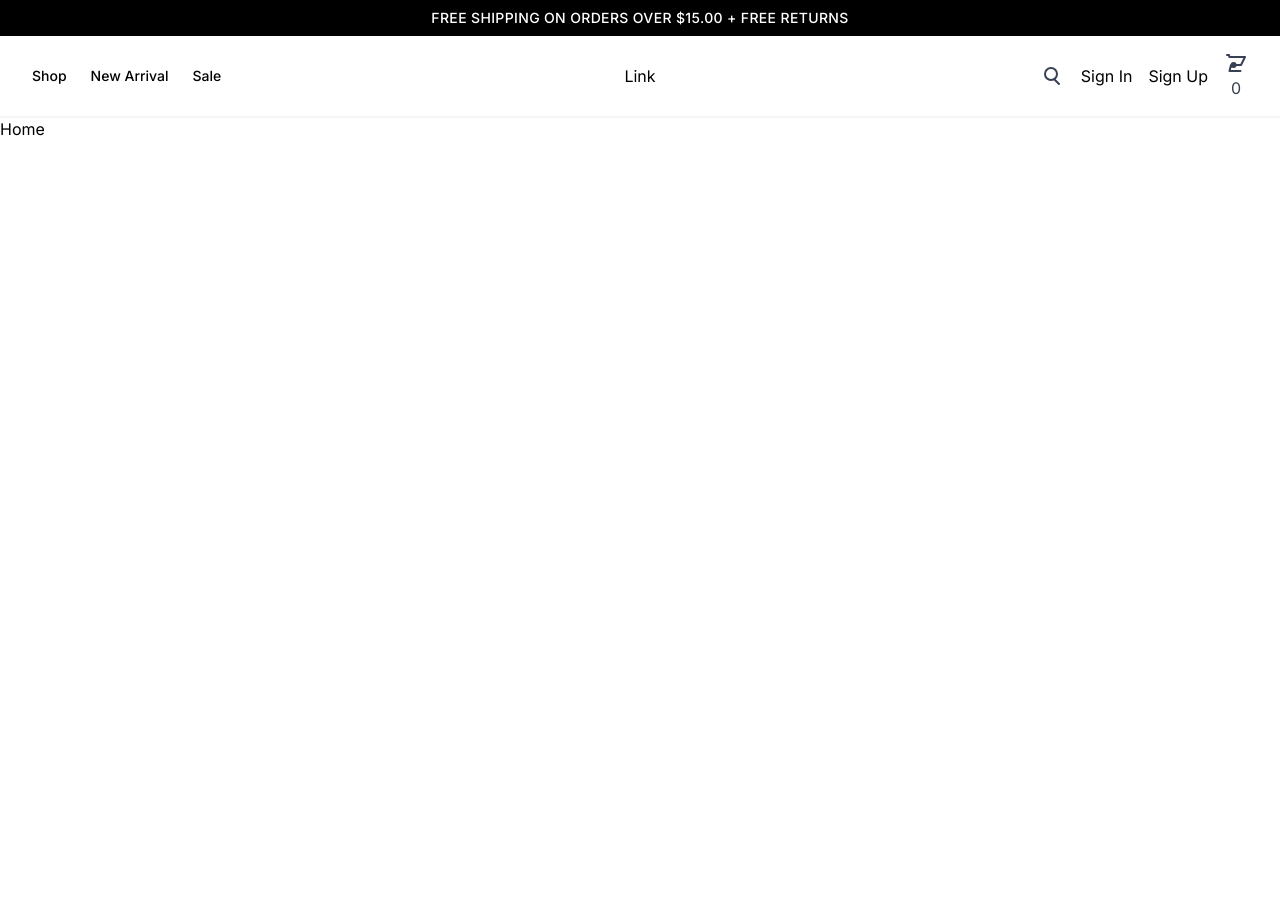
Repository: DiwanMalla/TEMU_CLONE
Page: /
These files come from the project's save history. The page is drawn as it stood at one moment and after the next save; the edit follows.
The browser window is 1280 px wide. The pictures show the whole page.
The project was rebuilt for these pictures with package versions that can differ from the ones it lists, and the page was loaded fresh each time. The framework's server and built-in components were replaced by stand-ins that run in the browser. Also part of the build but not shown: next.config.ts.

Above is the page before, as saved 2025-01-20 22:41:32.

After the next save:
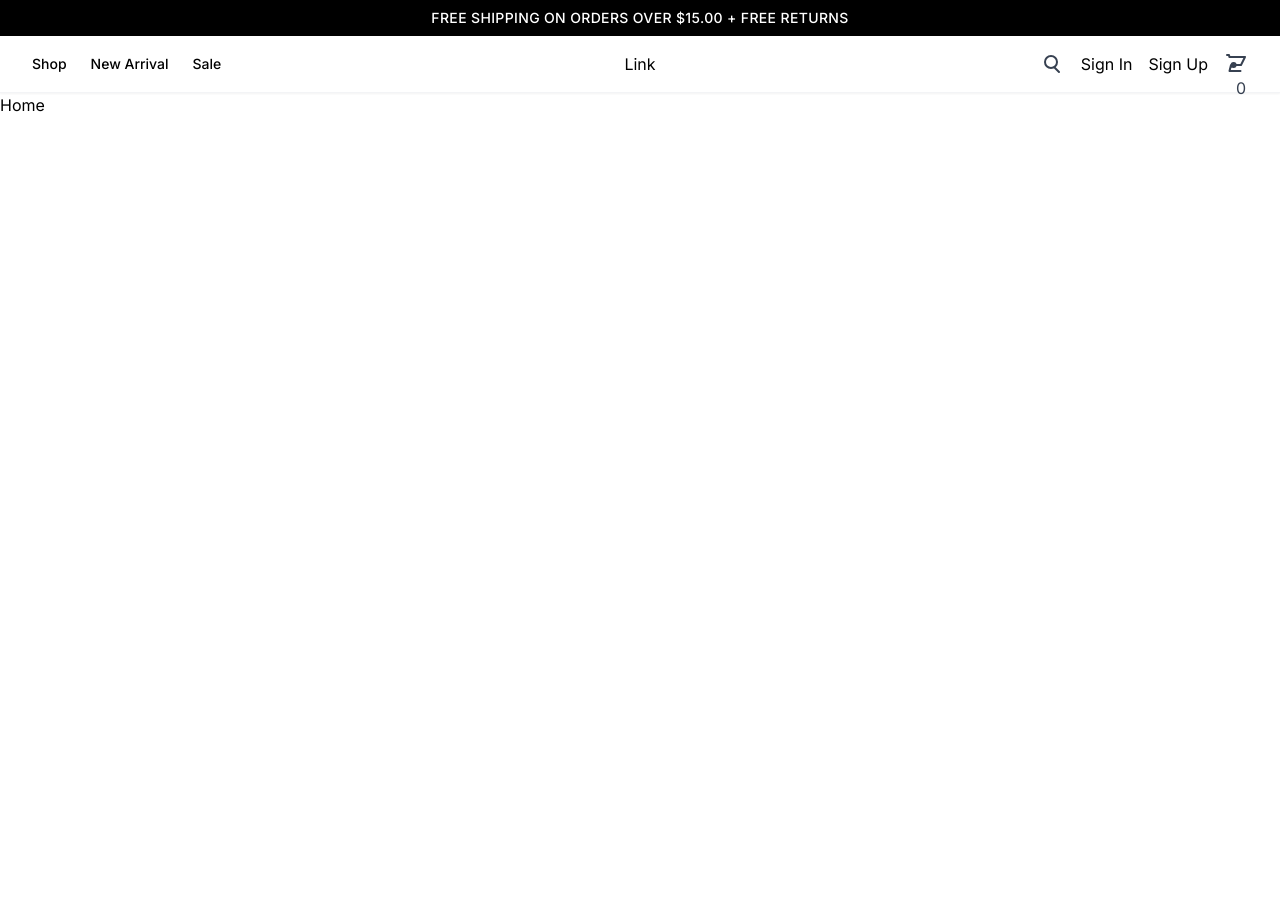
Saved 21 s later.
--- a/components/layout/Header.tsx
+++ b/components/layout/Header.tsx
@@ -102,7 +102,7 @@ const Header = () => {
                   />
                 </svg>
 
-                <span>0</span>
+                <span className="absolute">0</span>
               </button>
             </div>
           </div>
